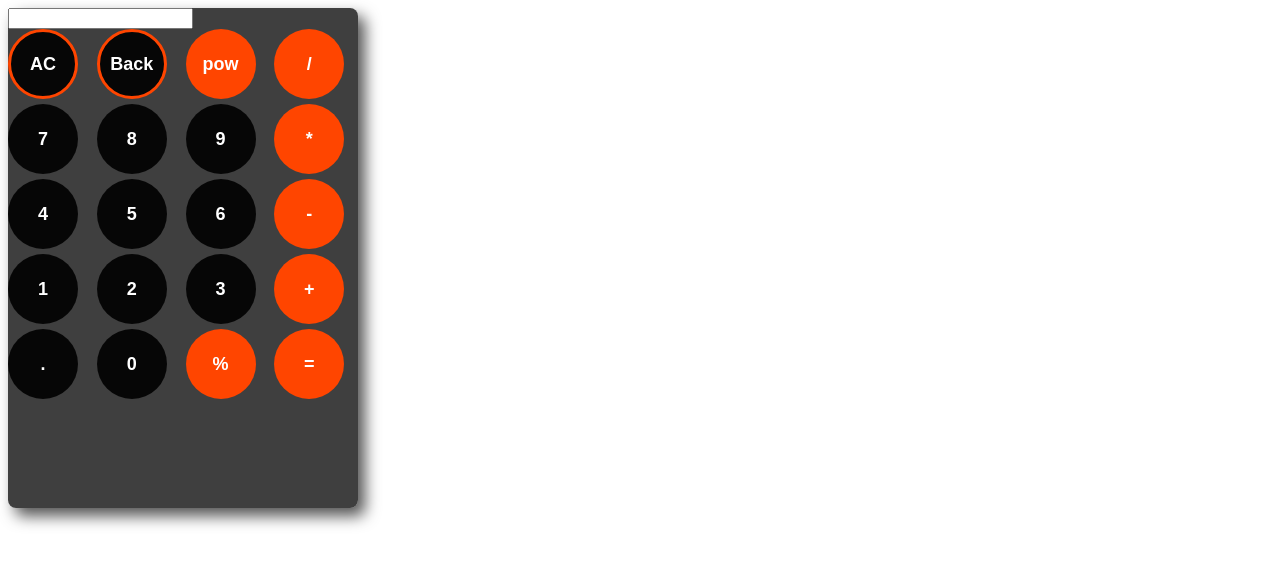
Repository: SakthivelDurai47/calculator
Page: index.html
An editor plug-in stored every save of this project. The page is shown before and after the next save, followed by the edit.
The browser window is 1280 px wide. The pictures show the whole page.

Above is the page before, as saved 2025-04-13 15:15:12.

### index.html
<!DOCTYPE html>
<html lang="en">
  <head>
    <meta charset="UTF-8" />
    <meta name="viewport" content="width=device-width, initial-scale=1.0" />
    <title>Calculator</title>
    <link rel="stylesheet" href="styles.css" />
  </head>
  <body>
    <div id="calculator">
      <input id="display" readonly />
      <div id="buttons">
        <button onclick="clearDisplay()" class="control">AC</button>
        <button onclick="removeFromDisplay()" class="control">Back</button>
        <button onclick="addToDisplay('**')" class="operator">pow</button>
        <button onclick="addToDisplay('/')" class="operator">/</button>
        <button onclick="addToDisplay('7')">7</button>
        <button onclick="addToDisplay('8')">8</button>
        <button onclick="addToDisplay('9')">9</button>
        <button onclick="addToDisplay('*')" class="operator">*</button>
        <button onclick="addToDisplay('4')">4</button>
        <button onclick="addToDisplay('5')">5</button>
        <button onclick="addToDisplay('6')">6</button>
        <button onclick="addToDisplay('-')" class="operator">-</button>
        <button onclick="addToDisplay('1')">1</button>
        <button onclick="addToDisplay('2')">2</button>
        <button onclick="addToDisplay('3')">3</button>
        <button onclick="addToDisplay('+')" class="operator">+</button>
        <button onclick="addToDisplay('.')">.</button>
        <button onclick="addToDisplay('0')">0</button>
        <button onclick="addToDisplay('%')" class="operator">%</button>
        <button onclick="calculate()" class="operator">=</button>
      </div>
    </div>
    <script src="index.js"></script>
  </body>
</html>

### styles.css
#buttons {
  display: grid;
  grid-template-columns: repeat(4, 1fr);
  gap: 5px;
}
button {
  width: 70px;
  height: 70px;
  border-radius: 35px;
  border: none;
  background-color: rgba(0, 0, 0, 0.9);
  color: white;
  font-size: large;
  font-weight: bold;
}
button:hover {
  background-color: rgba(0, 0, 0, 0.5);
}
button:active {
  background-color: rgba(0, 0, 0, 0.1);
}
.control {
  border: 3px solid orangered;
}
.operator {
  background-color: orangered;
}
.operator:hover {
  background-color: rgba(255, 68, 0, 0.564);
}
.operator:active {
  background-color: rgba(255, 68, 0, 0.128);
}
#calculator {
  width: 350px;
  height: 500px;
  background-color: rgba(0, 0, 0, 0.751);
  border-radius: 8px;
  box-shadow: 7px 8px 15px rgba(0, 0, 0, 0.678);
}

Loaded but not shown: index.js (no stored copy; drawn as an empty file)

After the next save:
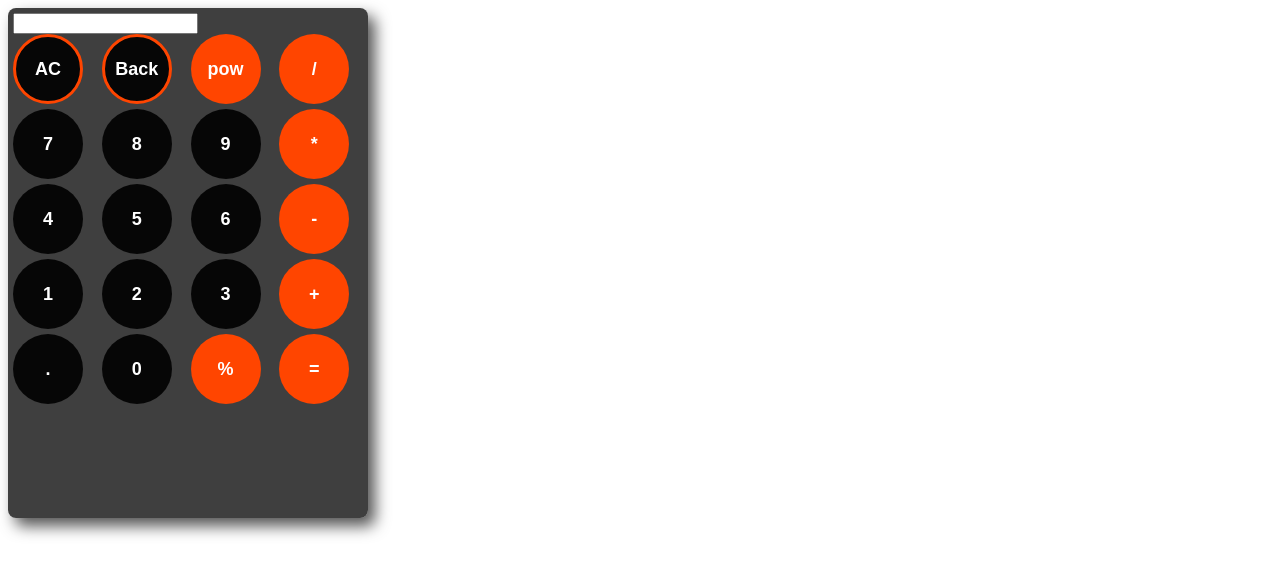
Saved 11 s later.
--- a/styles.css
+++ b/styles.css
@@ -37,4 +37,5 @@ button:active {
   background-color: rgba(0, 0, 0, 0.751);
   border-radius: 8px;
   box-shadow: 7px 8px 15px rgba(0, 0, 0, 0.678);
+  padding: 5px;
 }
